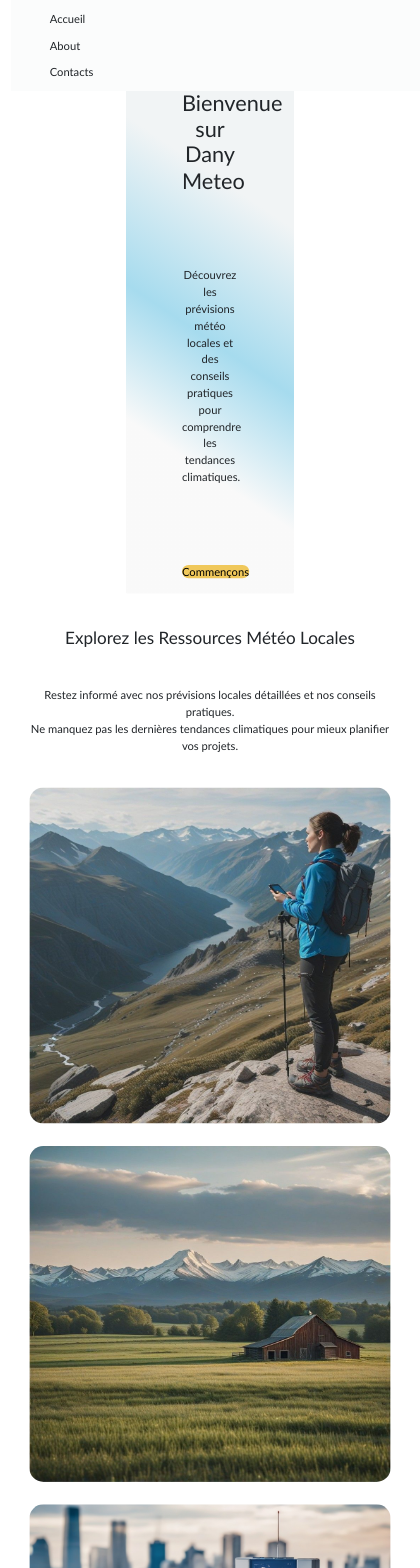
Repository: Dany-py/Meteo
Page: Meteo/templates/Accueil.html
An editor plug-in stored every save of this project. The page is shown before and after a run of saves, followed by the edit.
The browser window is 600 px wide. The pictures show the part of the page from y = 0 to 2240 px (the page is 4440 px tall), at 70% of full size.
The template is drawn by Django 5.2. The application's start-up code is not run. The template is opened directly, without the code that normally fills it, so the values that code supplies are empty.

Above is the page before, as saved 2024-11-27 13:26:50.
Console error: TypeError: Cannot read properties of null (reading 'addEventListener')

After the next 2 saves:
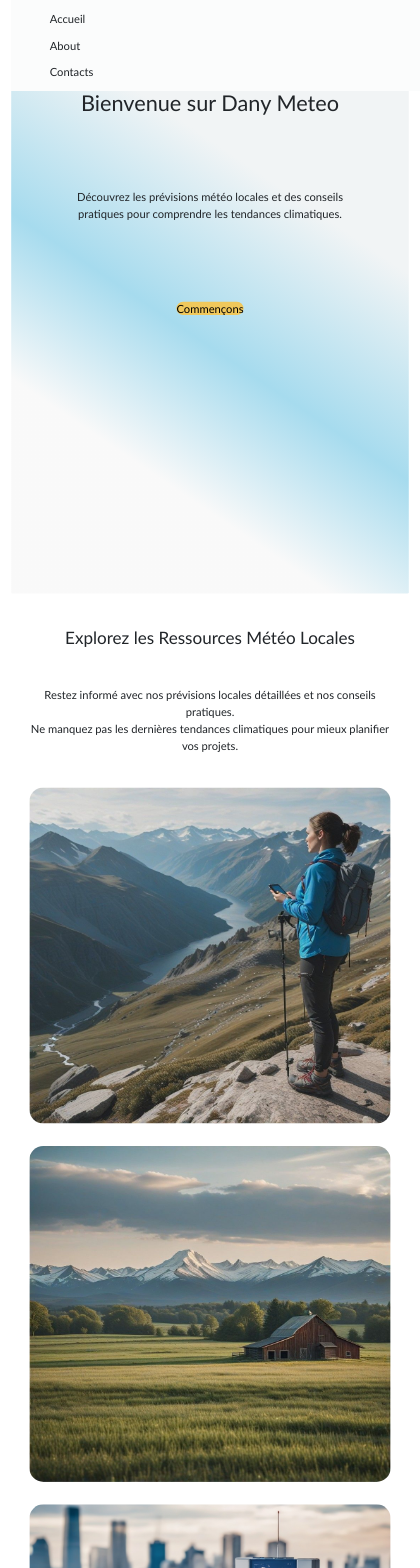
The 2 saves are shown as one change because they came seconds apart.
The last was saved 114 s later.
--- a/MeteoDjango/MeteoDjango/Meteo/static/css/accueil.css
+++ b/MeteoDjango/MeteoDjango/Meteo/static/css/accueil.css
@@ -207,7 +207,7 @@ footer{
   #introduction{
     text-align: center;
     margin-top: 2em;
-    width: 15rem;
+    width: 1;
     height: 50rem;
     padding: 5em;
     border-radius: 2px;
